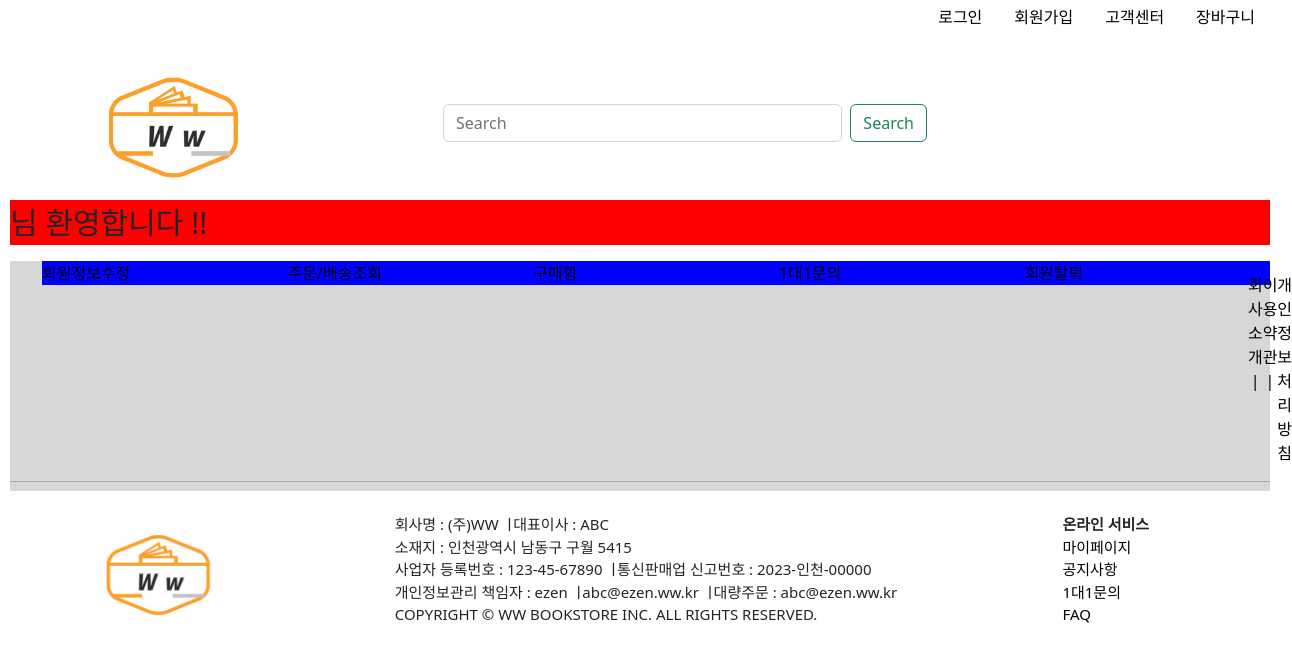
Repository: leehyeonung/project6
Page: http://localhost/book/WEB-INF/views/member/mypage.jsp
The author's editor kept a copy of each file at every save. The page is drawn from the files as they stood at one save, then again after the next save.
The browser window is 1280 px wide. The page is 1292 px wide, then 1280 px, so the pictures cover 1292 px, including what lies to the right of the window. The pictures show the whole page.
The page is served by Tomcat 9. Nobody is signed in. Other server files are loaded and not shown. The template is opened directly, without the code that normally fills it, so the values that code supplies are empty.

Above is the page before, as saved 2023-01-06 02:47:26.

### book/src/main/webapp/WEB-INF/views/member/mypage.jsp
<%@ page language="java" contentType="text/html; charset=UTF-8"
    pageEncoding="UTF-8"%>
<!DOCTYPE html>
<html>
<head>
<meta charset="UTF-8">
<title>Insert title here</title>
<link rel="stylesheet" type="text/css" href="/resources/css/mypage.css">
</head>
<body>
<jsp:include page="../layout/header.jsp"></jsp:include>
<div class="main">

<div class="information">

<div class="id">
${ses.mem_id}님 환영합니다 !!
</div>

<div class="cell">
${ses.mem_cell_num}
</div>

</div>

<div class="select">
<ul>
	<li><a href="/mem/modify" class="category">회원정보수정</a></li>
	<li><a href="/mem/orderCheck?mem_num=${ses.mem_num}" class="category">주문/배송조회</a></li>
	<li><a href="/mem/buyCheck?mem_num=${ses.mem_num}" class="category">구매함</a></li>
	<li><a href="/board/list" class="category">1대1문의</a></li>
	<li><a href="/mem/delete" class="category">회원탈퇴</a></li>
</ul>
</div>

</div>

<jsp:include page="../layout/footer.jsp"></jsp:include>
</body>
</html>

### book/src/main/webapp/WEB-INF/views/layout/header.jsp
<%@ page language="java" contentType="text/html; charset=UTF-8"
    pageEncoding="UTF-8"%>
<%@ taglib uri="http://java.sun.com/jsp/jstl/core" prefix="c"%>
<!DOCTYPE html>
<html>
<head>
<meta charset="UTF-8">
<title>Insert title here</title>
<!-- CSS only -->
<link href="https://cdn.jsdelivr.net/npm/bootstrap@5.2.2/dist/css/bootstrap.min.css"
rel="stylesheet" integrity="sha384-Zenh87qX5JnK2Jl0vWa8Ck2rdkQ2Bzep5IDxbcnCeuOxjzrPF/et3URy9Bv1WTRi"
crossorigin="anonymous">
<link rel="stylesheet" type="text/css" href="/resources/css/header.css">
</head>
<body>

<div class="header">
    <div class="menu">
        <c:if test="${ses.mem_id ==null}">
        <ul><a href="/mem/loginPage">로그인</a></ul>
        <ul><a href="/mem/joinPage">회원가입</a></ul>
        </c:if>
        <c:if test="${ses.mem_id == 'admin' }">
        <ul><a href="/mem/logOut">로그아웃</a></ul>
        <ul><a href="/mem/adminpage">관리인페이지</a></ul>
        </c:if>
        <c:if test="${ses.mem_id !=null && ses.mem_id !='admin' }">
        <ul><a href="/mem/logOut">로그아웃</a></ul>
        <ul><a href="/mem/mypage">마이페이지</a></ul>
        </c:if>
        <ul><a href="#">고객센터</a></ul>
        <ul><a href="#">장바구니</a></ul>
    </div>
    <div class="bar">
       <div class="logo">
         <a href="/"><img src="/resources/image/logo.jpg" alt="로고"></a>
       </div>
         <div class="searchBar">
            <form class="d-flex" role="search">
                 <input class="form-control me-2" type="search" placeholder="Search" aria-label="Search">
                 <button class="btn btn-outline-success" type="submit">Search</button>
              </form>
         </div>
       <div class="icons">
         <a href=""><i class="fa-solid fa-cart-shopping"></i></a>
            <a href=""><i class="fa-solid fa-user"></i></a>
       </div>
    </div>
</div>
</body>
</html>

### book/src/main/webapp/WEB-INF/views/layout/footer.jsp
<%@ page language="java" contentType="text/html; charset=UTF-8"
   pageEncoding="UTF-8"%>
<!DOCTYPE html>
<html>
<head>
<meta charset="UTF-8">
<title>Insert title here</title>
<link rel="stylesheet" type="text/css" href="/resources/css/footer.css">

</head>

<body>
   <div class="footer">
      <div class="footer-top">
         <ul>
            <li><a href="">회사소개 | </a></li>
            <li><a href="">이용약관 | </a></li>
            <li><a href="">개인정보처리방침</a></li>
         </ul>
      </div>
      <hr>
      <div class="address">
         <div class="footer-logo">
            <img src="/resources/image/logo.jpg" alt="로고">
         </div>
         <div class="address-box">
            <ul>
               <li>회사명 : (주)WW <span style="margin-right: -7px;">ㅣ</span>
                  대표이사 : ABC
               </li>

               <li>소재지 : 인천광역시 남동구 구월 5415</li>
               <li>사업자 등록번호 : 123-45-67890 <span style="margin-right: -7px;">ㅣ</span>
                  통신판매업 신고번호 : 2023-인천-00000
               </li>

               <li>개인정보관리 책임자 : ezen <span style="margin-right: -7px;">ㅣ</span>
                  abc@ezen.ww.kr <span style="margin-right: -7px;">ㅣ</span> 대량주문 :
                  abc@ezen.ww.kr
               </li>

               <li>COPYRIGHT © WW BOOKSTORE INC. ALL RIGHTS RESERVED.</li>

            </ul>

         </div>
         <div class="online-serviceBar">
            <strong>온라인 서비스</strong>
            <ul>
               <li><a href="">마이페이지</a></li>
               <li><a href="">공지사항</a></li>
               <li><a href="">1대1문의</a></li>
               <li><a href="">FAQ</a></li>
            </ul>
         </div>
      </div>
   </div>

</body>
</html>

### book/src/main/webapp/resources/css/mypage.css
@charset "UTF-8";
*{
	margin: 0 auto;
	padding: 0px;

}
.main{
    margin: auto;
    width: 1260px;
    background-color: gray;


}
.id{
    font-size: 30px;
}
.information{
	background-color : red;
}
.category{
    display: inline-block;
	float : left;
	width : 20%;
    background-color: blue;
}

### book/src/main/webapp/resources/css/header.css
@charset "UTF-8";
*{
	margin: 0px;
	padding: 0px;
}
.header{
    width: 1260px;
    height: 200px;
   /*  background-color: pink; */
}
.menu{
   display: flex;
   justify-content: flex-end;
   padding:5px;

}
.logo{
    width: 150px;
    height: 150px;
    background-color: blue;
}
.logo>a>img{
    width: 150px;
    height: 150px;
}
.searchBar{
   /* position:absolute; */
    width: 484px;
    height: 42px;
    /* background-color: gold; */
    margin-top:54px;
    border-radius: 30px;

}
.bar{

   height: 150px;
   display: flex;
   flex-direction: row;
   flex-wrap:nowrap;
   justify-content:space-around;
/*    align-items: baseline; */


}
i{
    font-size: 42px;
    color: black;
    margin-top:54px;
    margin-right: 20px;
}

### book/src/main/webapp/resources/css/footer.css
@charset "UTF-8";
.footer {
   width: 1260px;
   height: 230px;
   background-color: rgba(175, 175, 175, 0.5);
   margin: 0 auto;
}

.footer-logo {

   width: 120px;
   height: 120px;
   background-color: beige;
}
.footer-logo>img{
   width: 120px;
   height: 120px;
}

.address-box {
   text-align: left;
   padding: 0;
   margin: 0;
}

.address {
   padding: 15px;
   height: 150px;
   display: flex;
   font-size: 15px;
   /* align-items: baseline; */
   flex-direction: row;
   flex-wrap: nowrap;
   justify-content: space-around;
}

ul {
   list-style: none;
}

.footer, .address li {

}

.footer-top {
   text-align: center;
   padding-top: 12px;
}

.footer-top>ul {
   margin: 0;
   padding: 0;
   display: flex;
   justify-content: center;
}

.footer-top>li {
   margin: 0;
   padding: 0;
}

a {
   text-decoration-line: none;
   color: black;
}

a:visited {
   text-decoration: none;
}

a:hover {
   text-decoration: none;
}

a:focus {
   text-decoration: none;
}

a:hover, a:active {
   text-decoration: none;
}

.online-serviceBar {
   padding: 0px;
   margin-left: 20px;
   width: 120px;
   height: 120px;
}

.online-serviceBar>ul {
   margin: 0px;
   padding: 0px;
}

After the next save:
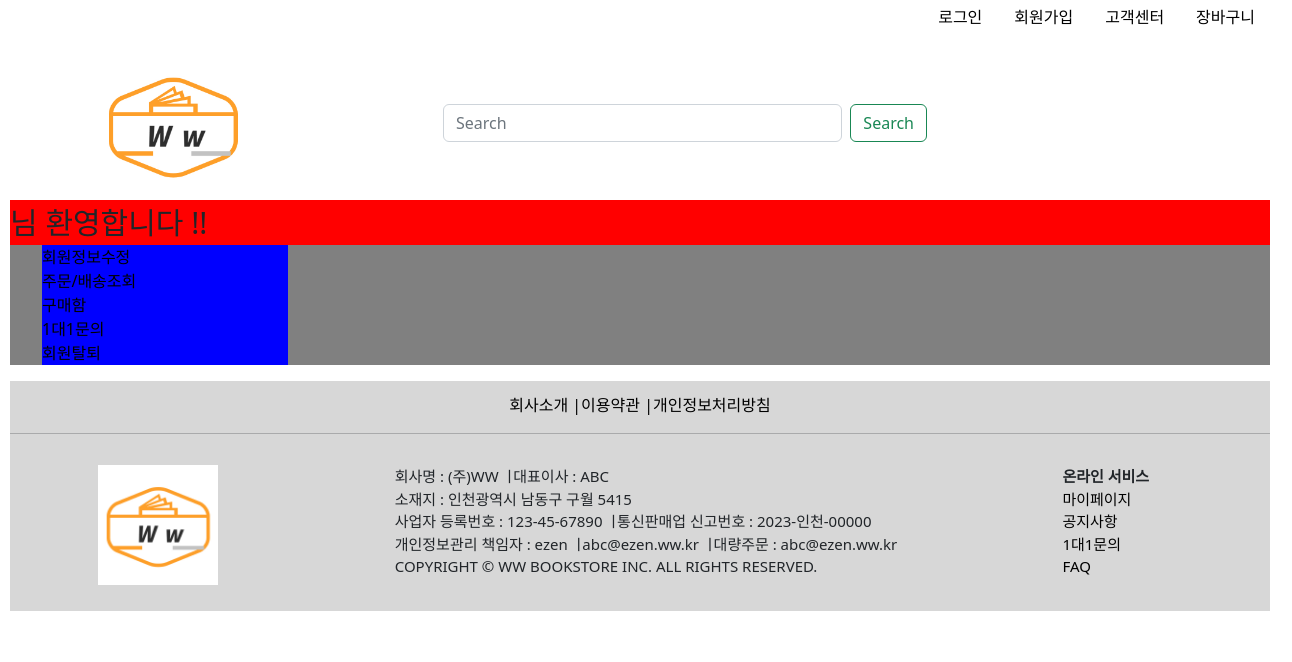
Saved 43 s later.
--- a/book/src/main/webapp/resources/css/mypage.css
+++ b/book/src/main/webapp/resources/css/mypage.css
@@ -19,7 +19,7 @@
 }
 .category{
     display: inline-block;
-	float : left;
+
 	width : 20%;
     background-color: blue;
 }
